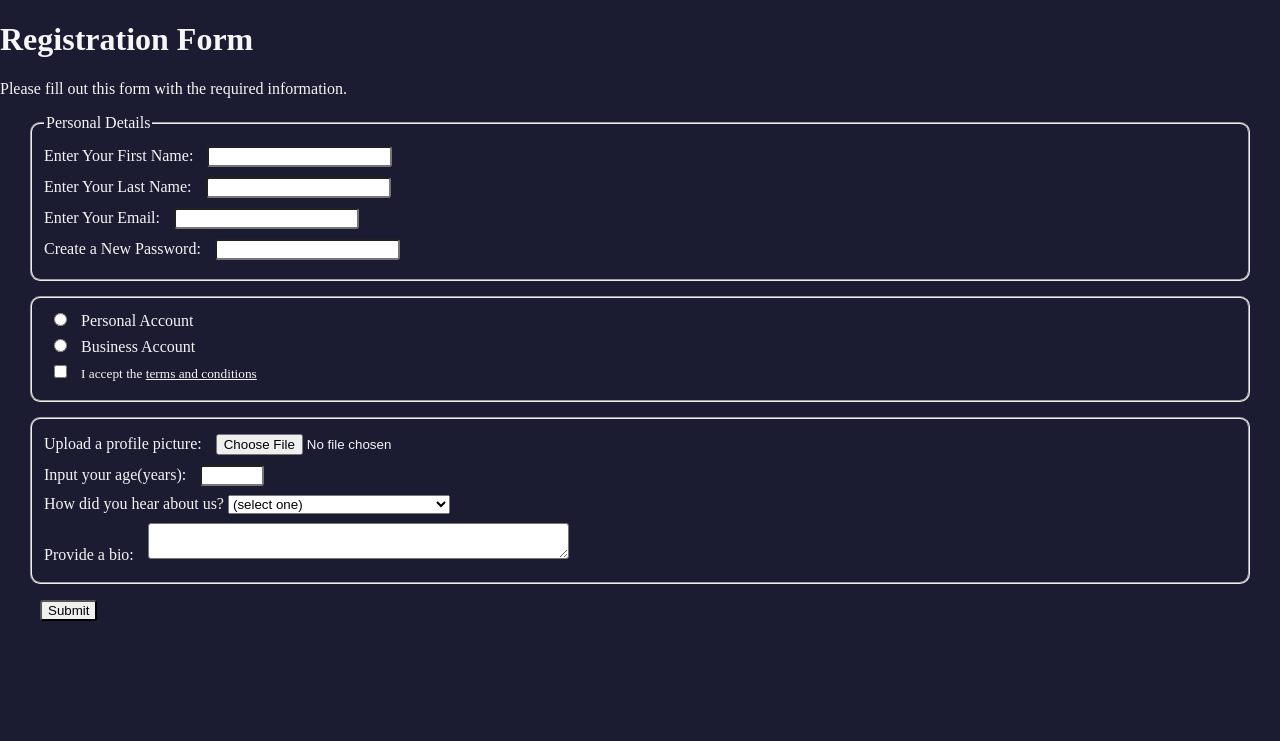
Repository: Lungdjos/registration_form
Page: index.html
An editor plug-in stored every save of this project. The page is shown before and after the next save, followed by the edit.
The browser window is 1280 px wide. The pictures show the whole page.

Above is the page before, as saved 2023-09-28 16:32:47.

### index.html
<!DOCTYPE html>
<html lang="en">

<head>
    <meta charset="UTF-8">
    <meta name="viewport" content="width=device-width, initial-scale=1.0">
    <title>Registration Form</title>
    <link rel="stylesheet" href="indexStyles.css">
</head>

<body>
    <h1>Registration Form</h1>
    <p>Please fill out this form with the required information.</p>
    <form action="https://register-demo.freecodecamp.org" method="post">
        <fieldset>
            <legend>Personal Details</legend>
            <label for="first-name">Enter Your First Name: <input type="text" id="first-name" required> </label>
            <label for="last-name">Enter Your Last Name: <input type="text" id="last-name" required> </label>
            <label for="email">Enter Your Email: <input type="email" id="email" required> </label>
            <label for="new-password">Create a New Password: <input type="password" id="new-password" pattern="[A-Za-z0-9]{8,}" minlength="8" required> </label>
        </fieldset>
        <fieldset>
            <label for="personal-account"> <input type="radio" name="account-type" id="personal-account"> Personal Account</label>
            <label for="business-account"> <input type="radio" name="account-type" id="business-account"> Business Account</label>
            <label for="terms-and-conditions"> <input type="checkbox" name="" id="terms-and-conditions" required> <small>I accept the <a href="https://www.freecodecamp.org/news/terms-of-service/">terms and conditions</a> </small> </label>
        </fieldset>
        <fieldset>
            <label for="profile-pic">Upload a profile picture: <input type="file" name="" id="profile-pic"></label>
            <label for="age">Input your age(years): <input type="number" name="" id="" min="13" max="100"> </label>

            <label for=""> How did you hear about us?
                <select name="" id="">
                    <option value="">(select one)</option>
                    <option value="1">freeCodeCamp News</option>
                    <option value="2">freeCodeCamp YouTube Channel</option>
                    <option value="3">freeCodeCamp Forum</option>
                    <option value="4">Other</option>
                </select>
            </label>
            <label for="">Provide a bio:
                <textarea name="" id="" cols="50" rows="2">

                </textarea>
            </label>
        </fieldset>

        <input type="submit" value="Submit" name="" id="">
    </form>
</body>

</html>

### indexStyles.css
/* CSS for the Registration Form */

body {
    width: 100%;
    height: 100vh;
    /* will need to set the value to */
    margin: auto;
    background-color: #1b1b32;
    color: #f5f6f7;
}

label {
    display: block;
    margin: .5rem 0;
}

a {
    color: #f5f6f7;
}

form {
    margin: 0px 30px 0px 30px;
}

fieldset {
    margin: 15px 0px 15px 0px;
    border-radius: 10px;
}

input,
textarea {
    margin: 1px 10px 1px 10px;
    border-radius: 3px;
}

After the next save:
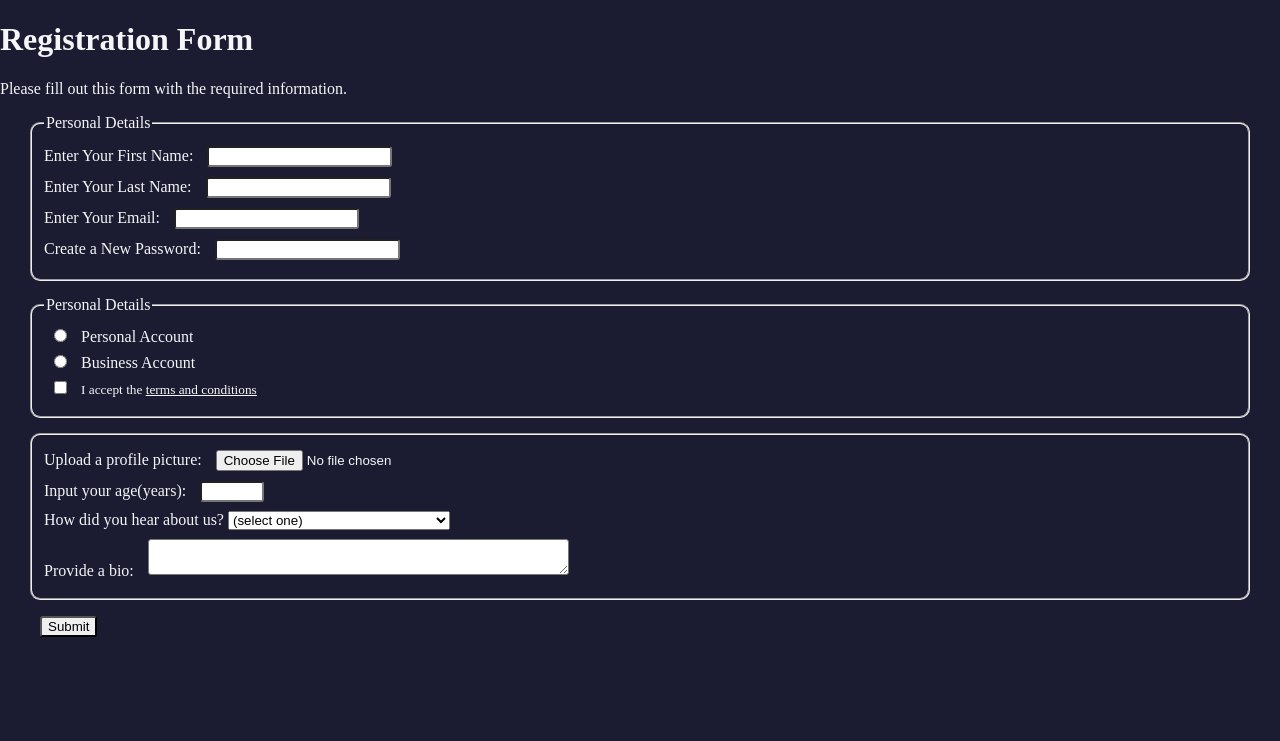
Saved 27 s later.
--- a/index.html
+++ b/index.html
@@ -20,6 +20,7 @@
             <label for="new-password">Create a New Password: <input type="password" id="new-password" pattern="[A-Za-z0-9]{8,}" minlength="8" required> </label>
         </fieldset>
         <fieldset>
+            <legend>Personal Details</legend>
             <label for="personal-account"> <input type="radio" name="account-type" id="personal-account"> Personal Account</label>
             <label for="business-account"> <input type="radio" name="account-type" id="business-account"> Business Account</label>
             <label for="terms-and-conditions"> <input type="checkbox" name="" id="terms-and-conditions" required> <small>I accept the <a href="https://www.freecodecamp.org/news/terms-of-service/">terms and conditions</a> </small> </label>
